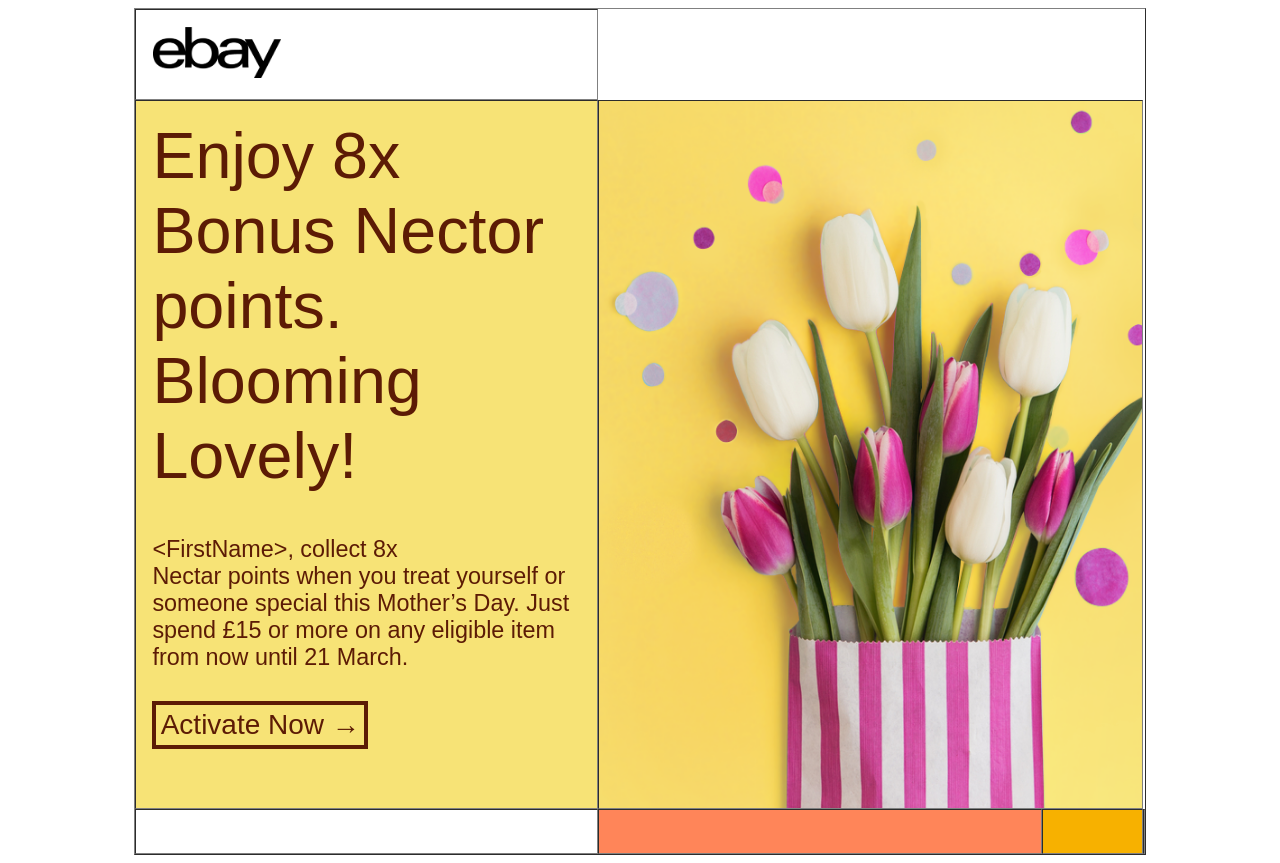
Repository: AnkurDevv/feed-dev-test
Page: index.html
An editor plug-in stored every save of this project. The page is shown before and after the next save, followed by the edit.
The browser window is 1280 px wide. The pictures show the whole page.

Above is the page before, as saved 2020-03-29 07:41:42.

After the next save:
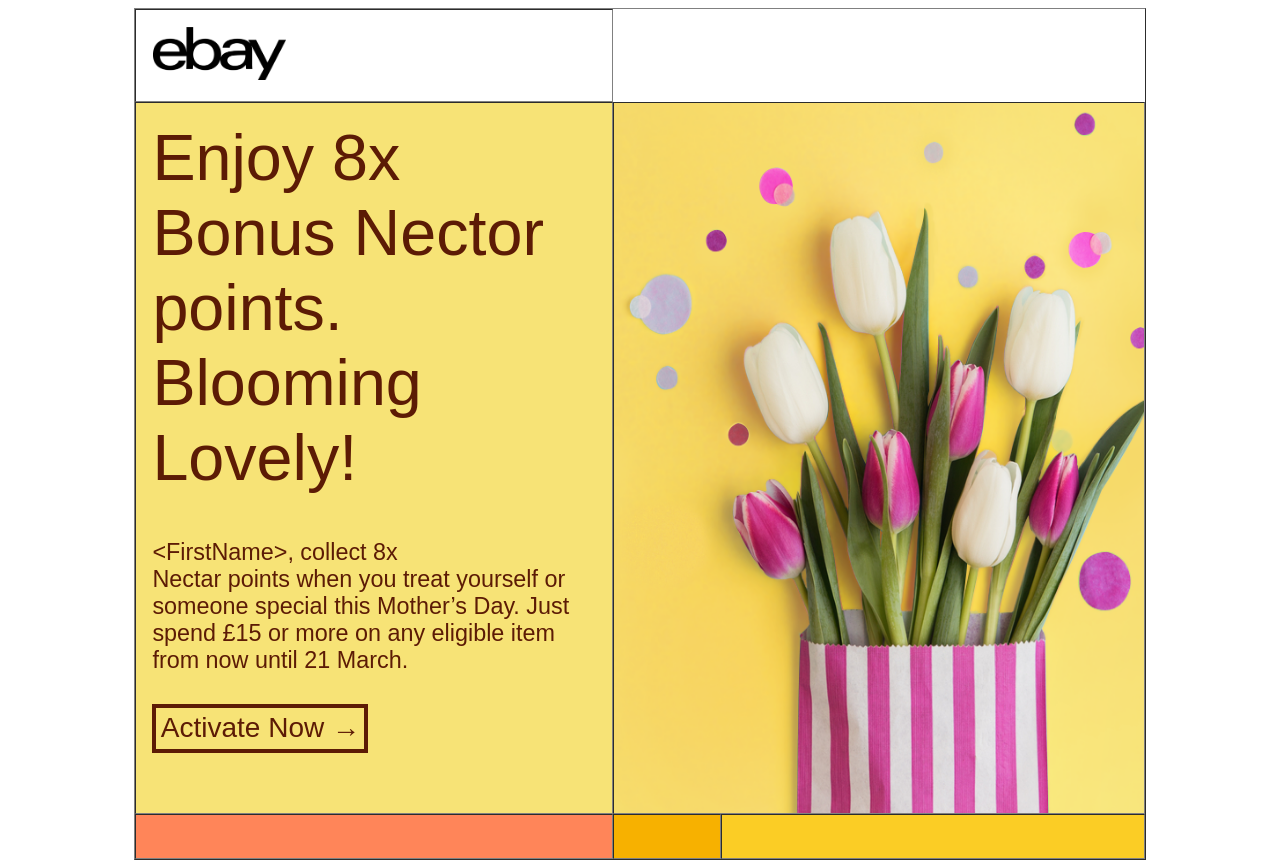
Saved 25 s later.
--- a/style/index.css
+++ b/style/index.css
@@ -88,7 +88,7 @@
   display: none;
 }
 
-#RectForMobile1, #RectForMobile2, #RectForMobile1{
+#RectForMobile1, #RectForMobile2, #RectForMobile3{
   display: none;
 }
 
